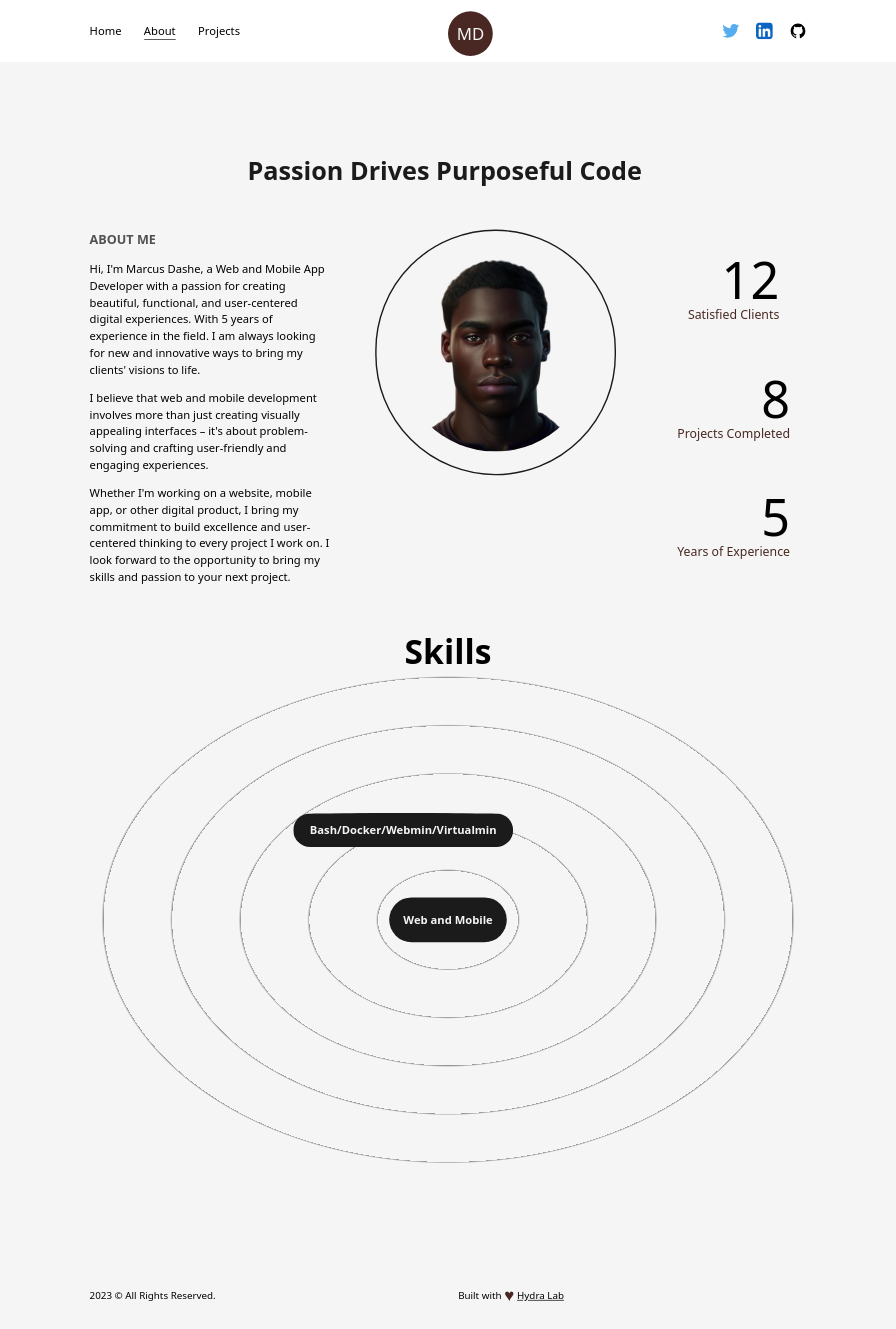
Repository: marcusdashe/situs
Page: /about
The author's editor kept a copy of each file at every save. The page is drawn from the files as they stood at one save, then again after the next save.
The browser window is 1280 px wide. The pictures show the whole page, at 70% of full size.
The project was rebuilt for these pictures with package versions that can differ from the ones it lists, and the page was loaded fresh each time. The framework's server and built-in components were replaced by stand-ins that run in the browser.

Above is the page before, as saved 2023-07-23 12:42:56.

After the next save:
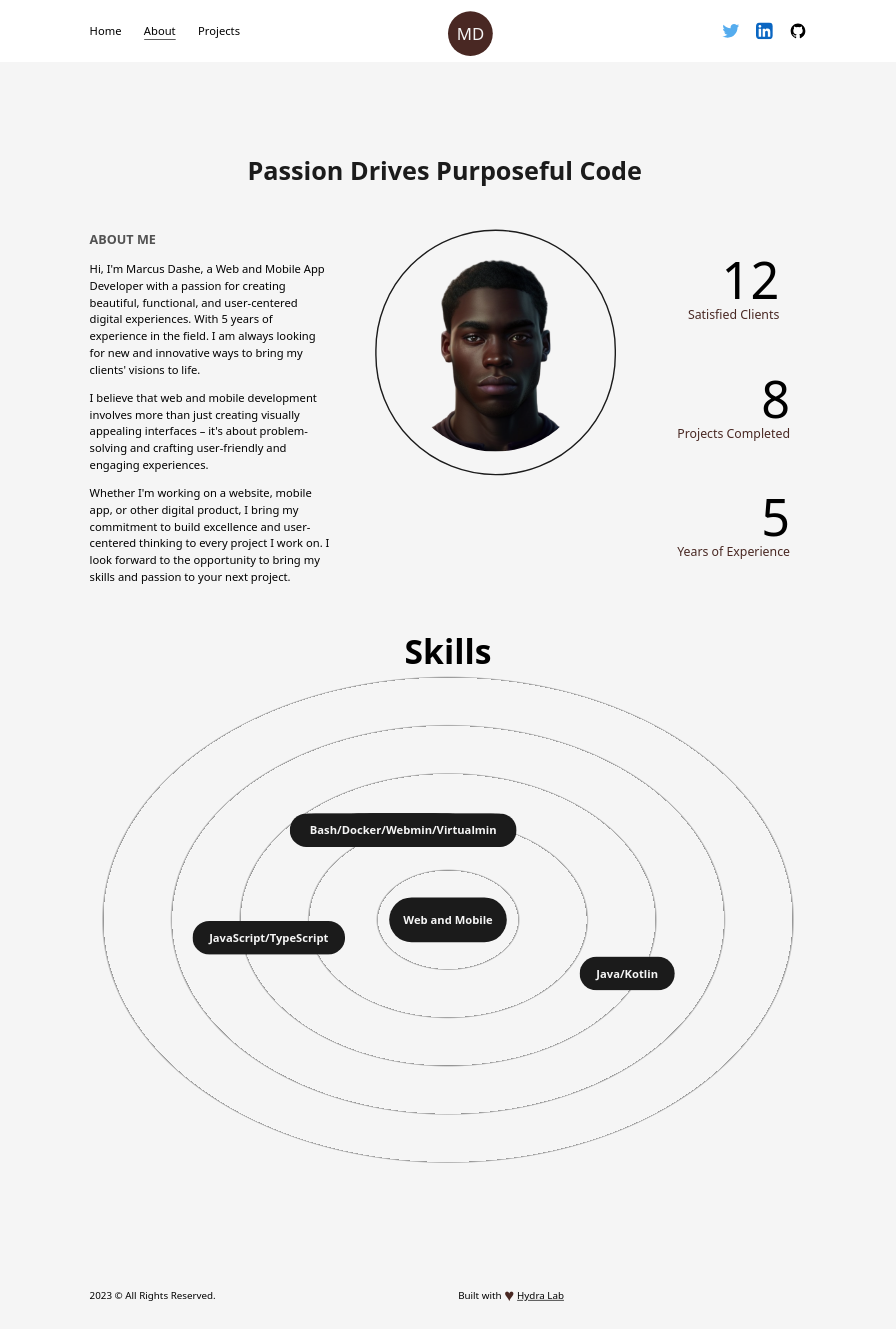
Saved 2 min 36 s later.
--- a/src/components/Skills.jsx
+++ b/src/components/Skills.jsx
@@ -30,11 +30,11 @@ const Skills = () => {
         </motion.div>
 
         <Skill name="CSS/TailwindCSS" x="-5vw" y="-10vw" />
-        <Skill name="JavaScript/TypeScript" x="-5vw" y="-10vw" />
-        <Skill name="Java/Kotlin" x="-5vw" y="-10vw" />
+        <Skill name="JavaScript/TypeScript" x="-20vw" y="2vw" />
+        <Skill name="Java/Kotlin" x="20vw" y="6vw" />
         <Skill name="Dart/Flutter" x="-5vw" y="-10vw" />
         <Skill name="SpringBoot" x="-5vw" y="-10vw" />
-        <Skill name="Node.js/React.js/Next.js" x="-5vw" y="-10vw" />
+        <Skill name="Node.js/Express.js/React.js/Next.js" x="-5vw" y="-10vw" />
         <Skill name="Python/FastAPI" x="-5vw" y="-10vw" />
         <Skill name="JetPack Compose" x="-5vw" y="-10vw" />
         <Skill name="MongoDB/MariaDB/PostresSQL" x="-5vw" y="-10vw" />
